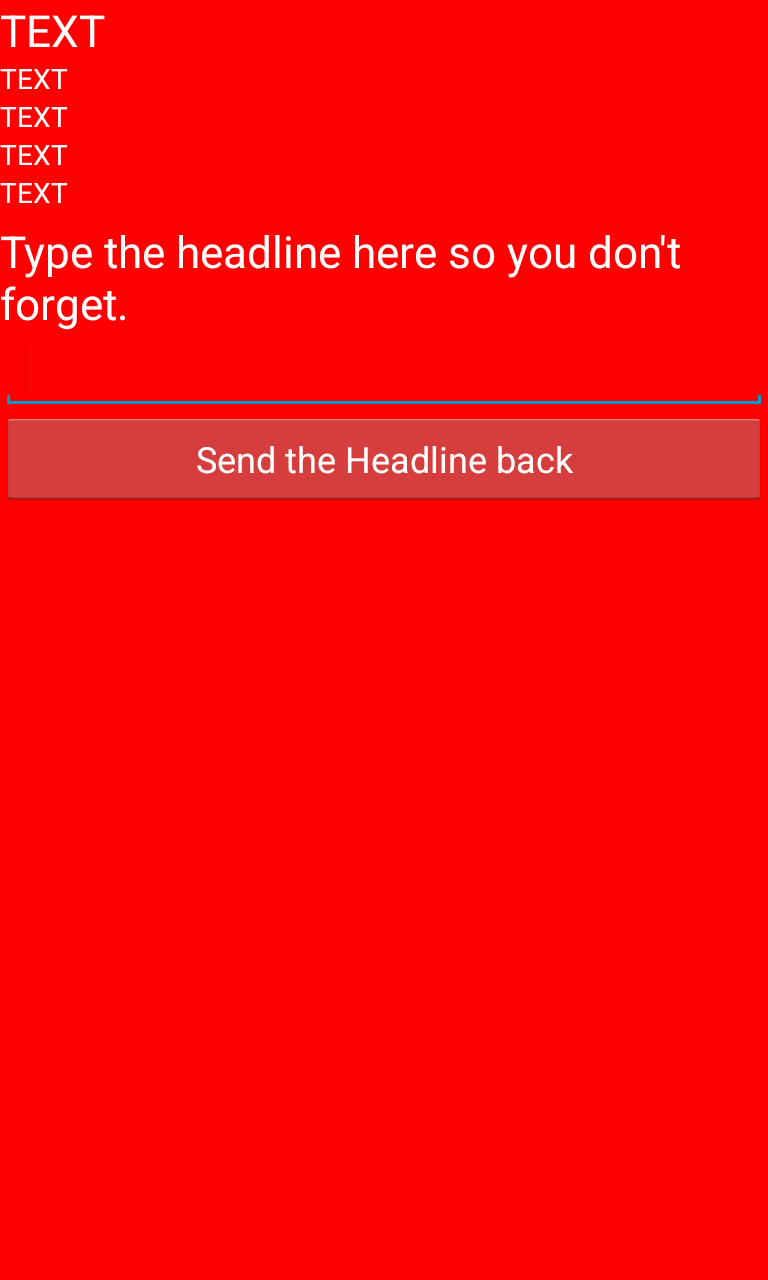
Repository: fsoDannis/FSO_JAVAII
Layout: JavaII_Week1/res/layout/activity_subscreen.xml
The author's editor kept a copy of each file at every save. The layout is drawn from the files as they stood at one save, then again after the next save.
It is drawn on a 768 x 1280 px phone screen (xhdpi) without system bars, with theme AppTheme; the app's code is not run.

Above is the layout before, as saved 2013-05-10 00:59:34.

After the next save:
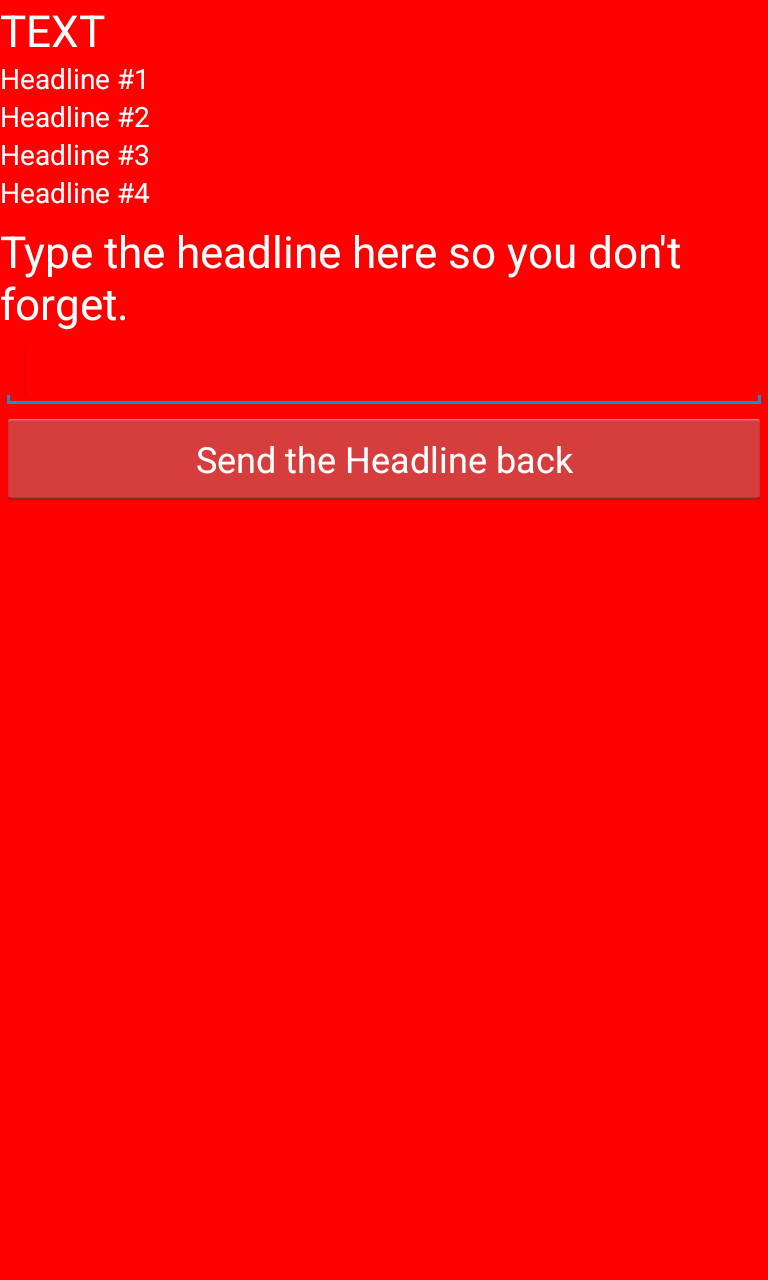
Saved 103 s later.
--- a/JavaII_Week1/res/layout/activity_subscreen.xml
+++ b/JavaII_Week1/res/layout/activity_subscreen.xml
@@ -17,21 +17,21 @@
         android:layout_height="wrap_content"
         android:textAppearance="?android:attr/textAppearanceSmall"
         android:textColor="#ffffff"
-        android:text="TEXT"/>
+        android:text="Headline #1"/>
       <TextView
         android:id="@+id/textViewInfo2"
         android:layout_width="match_parent"
         android:layout_height="wrap_content"
         android:textAppearance="?android:attr/textAppearanceSmall"
         android:textColor="#ffffff"
-        android:text="TEXT"/>
+        android:text="Headline #2"/>
       <TextView
         android:id="@+id/textViewInfo3"
         android:layout_width="match_parent"
         android:layout_height="wrap_content"
         android:textAppearance="?android:attr/textAppearanceSmall"
         android:textColor="#ffffff"
-        android:text="TEXT"/>
+        android:text="Headline #3"/>
       <TextView
         android:id="@+id/textViewInfo4"
         android:layout_width="match_parent"
@@ -39,7 +39,7 @@
         android:textAppearance="?android:attr/textAppearanceSmall"
         android:textColor="#ffffff"
         android:layout_marginBottom="10px"
-        android:text="TEXT"/>
+        android:text="Headline #4"/>
     <TextView
         android:id="@+id/textView2"
         android:layout_width="match_parent"
